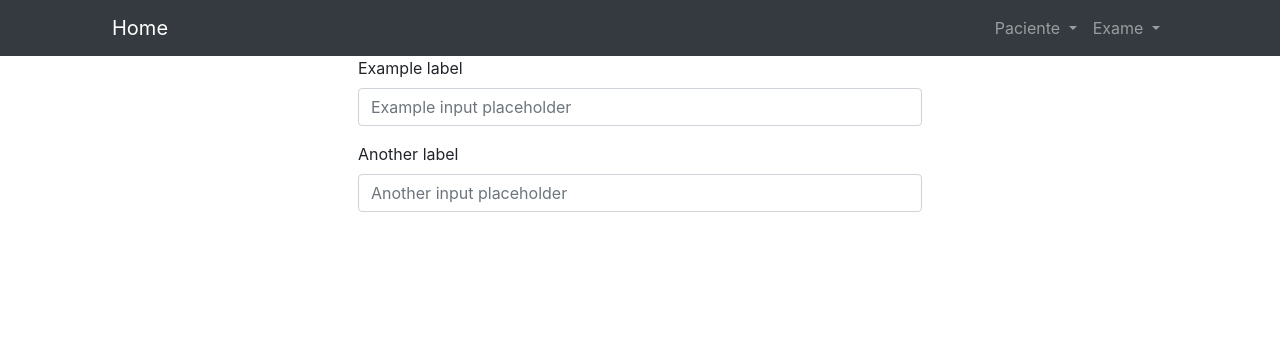
Repository: noobDevPRB/struts2_project
Page: http://localhost/Projeto_SOCTest/
The author's editor kept a copy of each file at every save. The page is drawn from the files as they stood at one save, then again after the next save.
The browser window is 1280 px wide. The pictures show the whole page.
The page is served by Tomcat 9. Nobody is signed in. The application's start-up code is not run.

Above is the page before, as saved 2020-10-17 16:15:13.

After the next save:
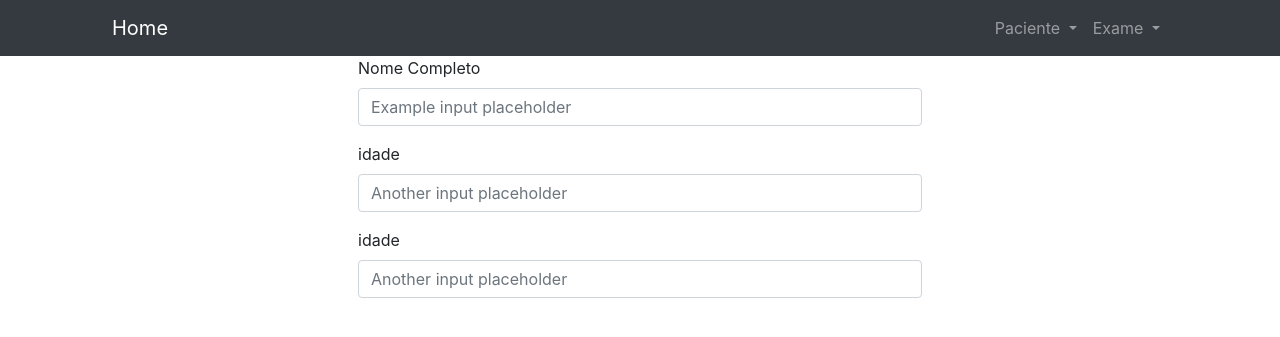
Saved 61 s later.
--- a/Projeto_SOCTest/WebContent/index.jsp
+++ b/Projeto_SOCTest/WebContent/index.jsp
@@ -46,11 +46,15 @@
 	    <div class="col-sm px-5 mx-5">
 	     	<form class="px-5 mx-5">
 			  <div class="form-group px-5 mx-5">
-			    <label for="formGroupExampleInput">Example label</label>
+			    <label for="formGroupExampleInput">Nome Completo</label>
 			    <input type="text" class="form-control" id="formGroupExampleInput" placeholder="Example input placeholder">
 			  </div>
 			  <div class="form-group px-5 mx-5">
-			    <label for="formGroupExampleInput2">Another label</label>
+			    <label for="formGroupExampleInput2">idade</label>
+			    <input type="text" class="form-control" id="formGroupExampleInput2" placeholder="Another input placeholder">
+			  </div>
+			  <div class="form-group px-5 mx-5">
+			    <label for="formGroupExampleInput2">idade</label>
 			    <input type="text" class="form-control" id="formGroupExampleInput2" placeholder="Another input placeholder">
 			  </div>
 			</form>
